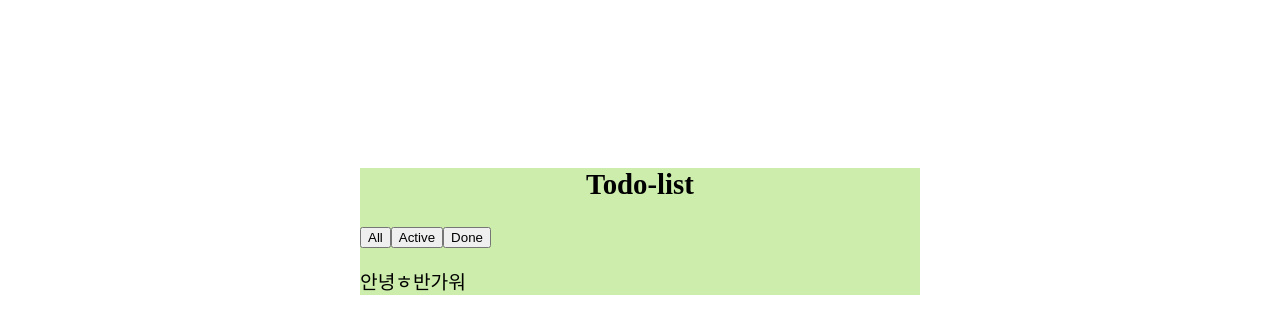
Repository: Yugayoung/todoList
Page: /
The author's editor kept a copy of each file at every save. The page is drawn from the files as they stood at one save, then again after the next save.
The browser window is 1280 px wide. The pictures show the whole page.
Some web fonts or font styles are not loaded; a fallback is used. The project was rebuilt for these pictures with package versions that can differ from the ones it lists, and the page was loaded fresh each time. Also part of the build but not shown: src/App.css.

Above is the page before, as saved 2024-03-21 01:03:49.

After the next save:
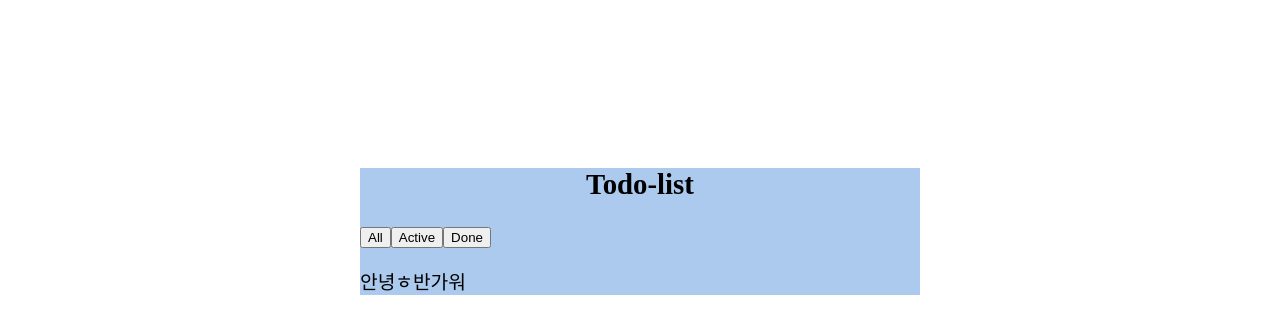
Saved 11 s later.
--- a/src/pages/todo.jsx
+++ b/src/pages/todo.jsx
@@ -7,7 +7,7 @@ const Title = styled.h2`
 `;
 
 const TodoList = styled.section`
-  background-color: #ccedab;
+  background-color: #abcaed;
 `;
 
 export default function Todo() {
